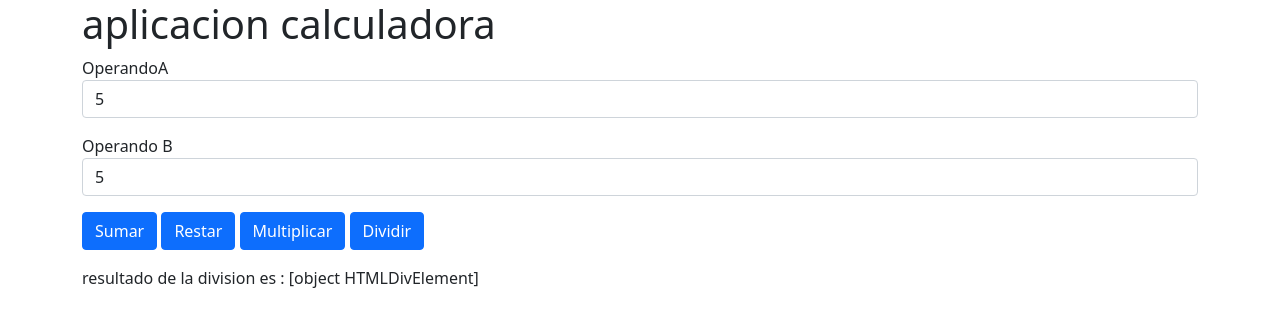
Repository: iwinser117/dw
Page: javascript udemy 43/ejercices/calculadora/index.html
These files come from the project's save history. The page is drawn as it stood at one moment and after the next save; the edit follows.
The browser window is 1280 px wide. The pictures show the whole page.
Empty fields were first filled with sample values (such as "Sample", 5 or name@example.com).
After loading, the first visible `button[onclick="dividir()"]` was clicked once.

Above is the page before, as saved 2022-10-02 12:21:49.

After the next save:
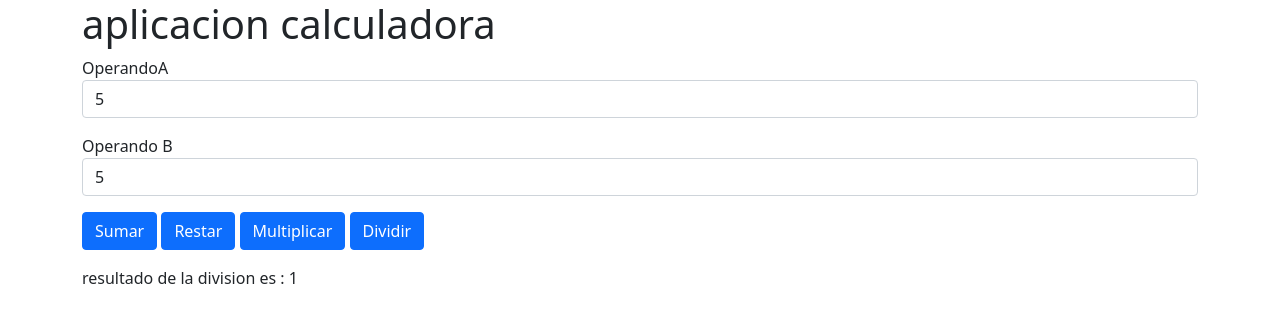
Saved 29 s later.
--- a/javascript udemy 43/ejercices/calculadora/js/app.js
+++ b/javascript udemy 43/ejercices/calculadora/js/app.js
@@ -34,6 +34,6 @@ function dividir(){
     let resultadoDivision= parseInt(operandoA.value) / parseInt(operandoB.value);
     if (isNaN(resultadoDivision))
         resultadoDivision = `la operacion le faltan numeros`;
-    document.getElementById(`resultadoDivision`).innerHTML = `resultado de la division es : ${resultadoResta}`;
+    document.getElementById(`resultadoDivision`).innerHTML = `resultado de la division es : ${resultadoDivision}`;
     console.log(`resultado de la division es : ${resultadoDivision}`);
 }
